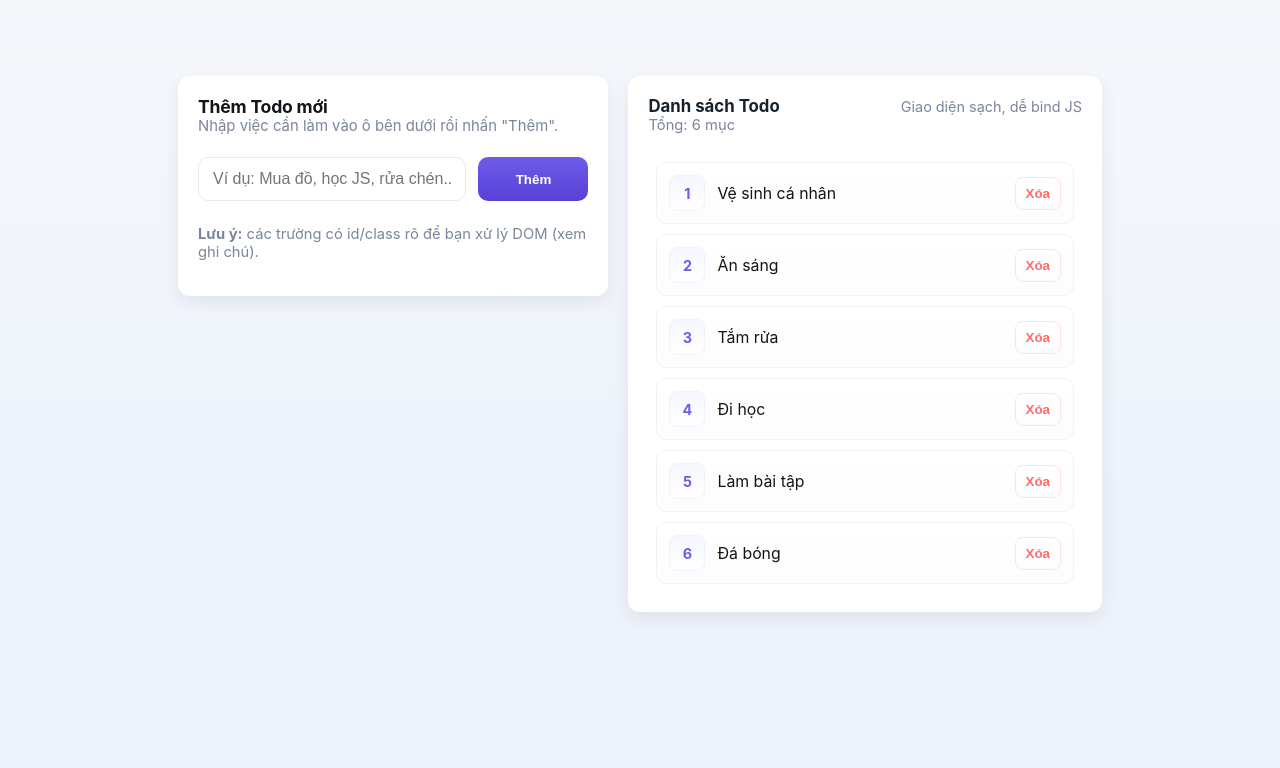
Repository: binhphanbp/ECMAScript_WEB501_WD20301
Page: class_TranBaHo/lesson3/1.todo-list/dom/index.html
The author's editor kept a copy of each file at every save. The page is drawn from the files as they stood at one save, then again after the next save.
The browser window is 1280 px wide. The pictures show the whole page.

Above is the page before, as saved 2025-09-23 10:52:32.

After the next save:
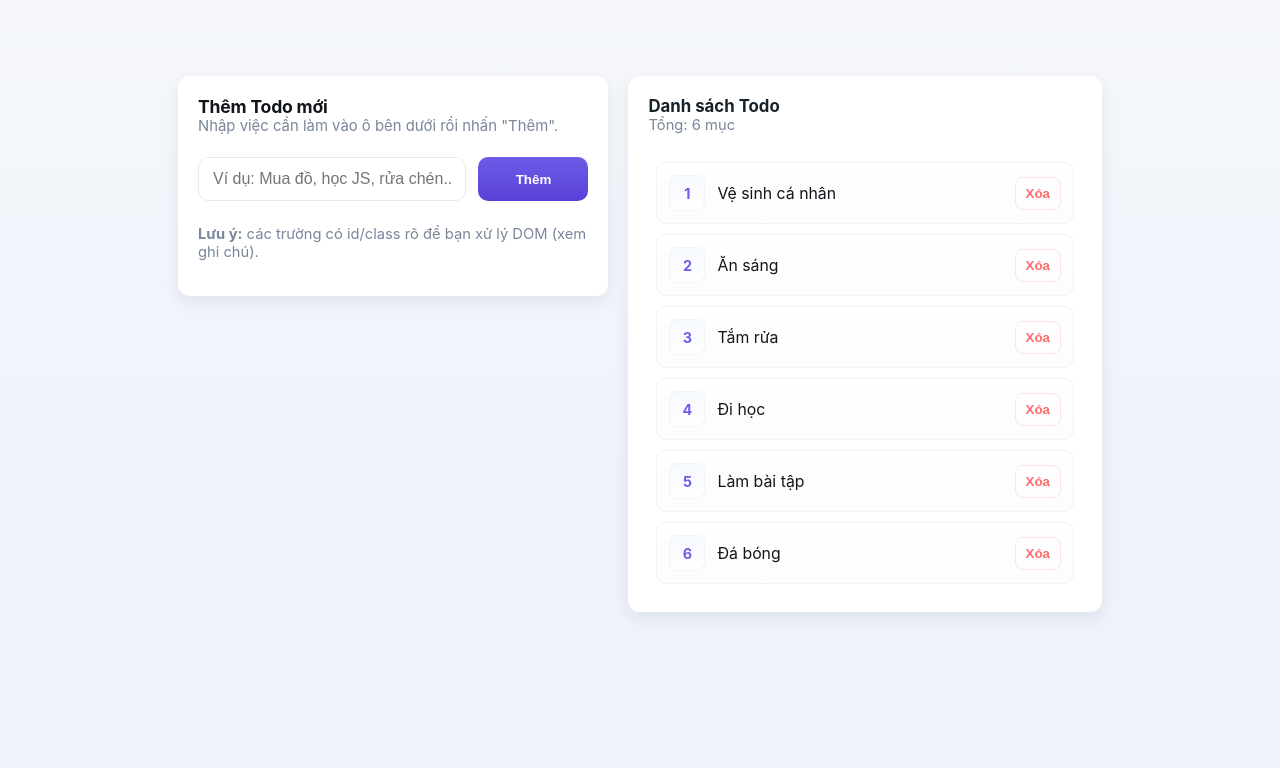
Saved 70 s later.
--- a/class_TranBaHo/lesson3/1.todo-list/dom/index.html
+++ b/class_TranBaHo/lesson3/1.todo-list/dom/index.html
@@ -296,9 +296,6 @@
             <h3 id="list-title">Danh sách Todo</h3>
             <div class="meta">Tổng: <span id="todo-count">3</span> mục</div>
           </div>
-          <div style="color: var(--muted); font-size: 0.9rem">
-            Giao diện sạch, dễ bind JS
-          </div>
         </div>
 
         <!-- UL list -->
